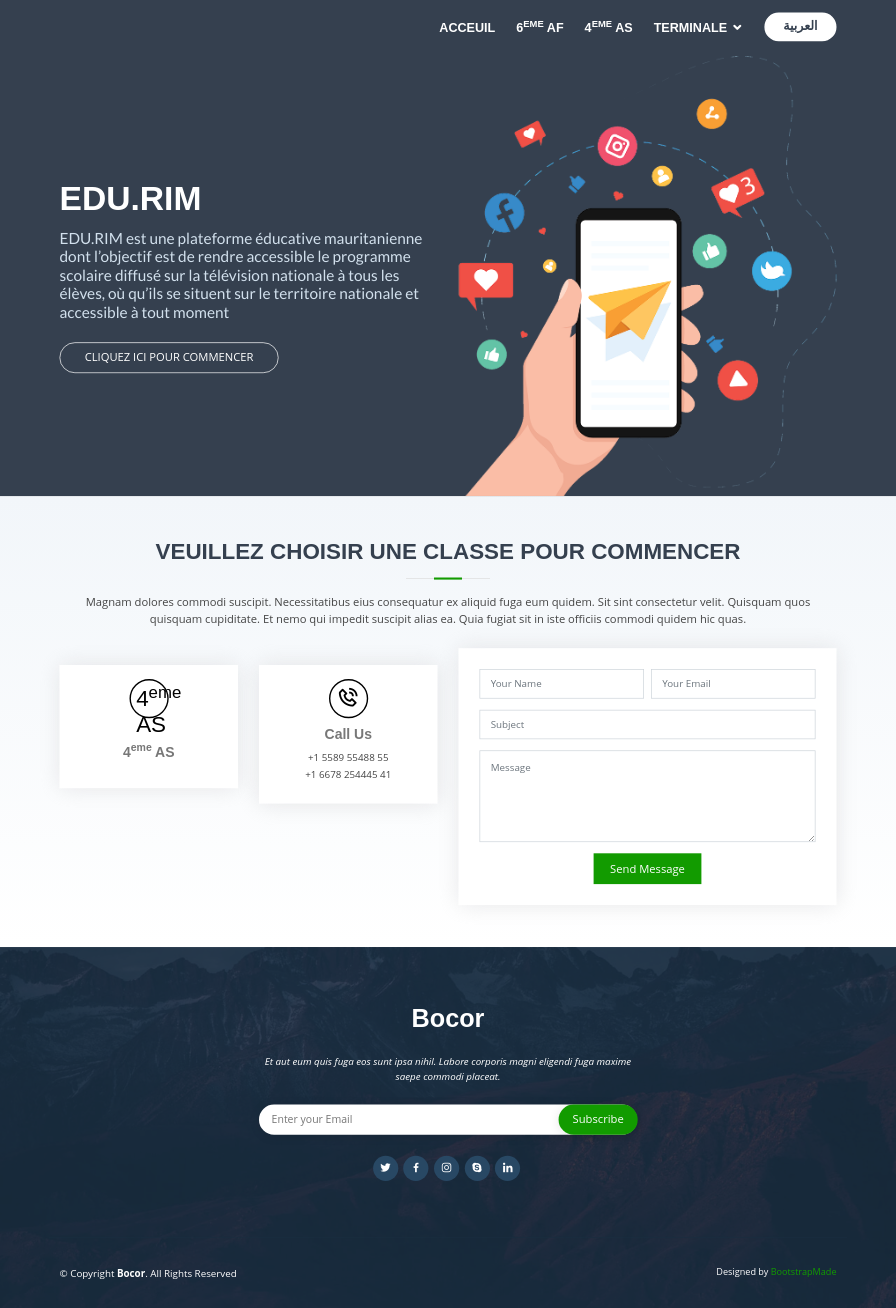
Repository: athiemohamed/courat
Page: http://localhost/
These files come from the project's save history. The page is drawn as it stood at one moment and after the next save; the edit follows.
The browser window is 1280 px wide. The pictures show the whole page, at 70% of full size.
Some web fonts or font styles are not loaded; a fallback is used. The page is run by PHP 8.4 with error messages shown; the project is at /var/www/html/. Other server files are loaded and not shown.

Above is the page before, as saved 2020-03-26 13:00:52.

### index.php
<!DOCTYPE html>
<html lang="en">

<head>
  <meta charset="utf-8">
  <meta content="width=device-width, initial-scale=1.0" name="viewport">

  <title>Cours - Rim Academy</title>
  <meta content="" name="descriptison">
  <meta content="" name="keywords">

  <!-- Favicons -->
  <link href="assets/img/favicon.png" rel="icon">
  <link href="assets/img/apple-touch-icon.png" rel="apple-touch-icon">

  <!-- Google Fonts -->
  <link href="https://fonts.googleapis.com/css?family=Cairo&display=swap" rel="stylesheet">
  <link href="https://fonts.googleapis.com/css?family=Lato&display=swap" rel="stylesheet">

  <!-- Vendor CSS Files -->
  <link href="assets/vendor/bootstrap/css/bootstrap.min.css" rel="stylesheet">
  <link href="assets/vendor/icofont/icofont.min.css" rel="stylesheet">
  <link href="assets/vendor/boxicons/css/boxicons.min.css" rel="stylesheet">
  <link href="assets/vendor/venobox/venobox.css" rel="stylesheet">
  <link href="assets/vendor/aos/aos.css" rel="stylesheet">

  <!-- Template Main CSS File -->
  <link href="assets/css/style.css" rel="stylesheet">

  <!-- =======================================================
  * Template Name: Bocor - v2.0.0
  * Template URL: https://bootstrapmade.com/bocor-bootstrap-template-nice-animation/
  * Author: BootstrapMade.com
  * License: https://bootstrapmade.com/license/
  ======================================================== -->
</head>

<body>

  <!-- ======= Header ======= -->
  <header id="header">
    <div class="container d-flex">
      <div class="logo mr-auto">
        <!-- <h1 class="text-light"><a href="index.html">RIM<span>.EDU</span></a></h1> -->
        <!-- Uncomment below if you prefer to use an image logo -->
        <!-- <a href="index.html"><img src="assets/img/logo.png" alt="" class="img-fluid"></a>-->
      </div>
      <nav class="nav-menu d-none d-lg-block">
        <ul>
          <li class="active"><a href="#header">ACCEUIL</a></li>
          <li><a href="#">6<sup>EME</sup> AF</a></li>
          <li><a href="#">4<sup>EME</sup> AS</a></li>
          <li class="drop-down"><a href="">TERMINALE</a>
            <ul>
              <li><a href="#">TERMINALE A</a></li>
              <li><a href="#">TERMINALE C</a></li>
              <li><a href="#">TERMINALE D</a></li>
              <li><a href="#">TERMINALE LM</a></li>
              <li><a href="#">TERMINALE LO</a></li>
            </ul>
          </li>
          <!-- Language Changer -->
          <li class="get-started"><a href="#">العربية</a></li>
        </ul>
      </nav><!-- .nav-menu -->
    </div>
  </header><!-- End Header -->

  <!-- ======= Hero Section ======= -->
  <section id="hero">

    <div class="container">
      <div class="row d-flex align-items-center"">
      <div class=" col-lg-6 py-5 py-lg-0 order-2 order-lg-1" data-aos="fade-right">
        <h1>EDU.RIM</h1>
        <h2>EDU.RIM est une plateforme éducative mauritanienne dont l’objectif est de
          rendre accessible le programme scolaire diffusé sur la télévision nationale à tous les élèves,
          où qu’ils se situent sur le territoire nationale et accessible à tout moment</h2>
        <a href="#contact" class="btn-get-started scrollto">CLIQUEZ ICI POUR COMMENCER</a>
      </div>
      <div class="col-lg-6 order-1 order-lg-2 hero-img" data-aos="fade-left">
        <img src="assets/img/hero-img.png" class="img-fluid" alt="">
      </div>
    </div>
    </div>

  </section><!-- End Hero -->

  <main id="main">

    <!-- ======= Partners Section ======= -->

    <!-- <section id="clients" class="clients section-bg">
      <div class="container">

        <div class="row no-gutters clients-wrap clearfix wow fadeInUp">

          <div class="col-lg-2 col-md-4 col-6">
            <div class="client-logo">
              <img src="assets/img/clients/client-1.png" class="img-fluid" alt="" data-aos="flip-right">
            </div>
          </div>

          <div class="col-lg-2 col-md-4 col-6">
            <div class="client-logo">
              <img src="assets/img/clients/client-2.png" class="img-fluid" alt="" data-aos="flip-right" data-aos-delay="100">
            </div>
          </div>

          <div class="col-lg-2 col-md-4 col-6">
            <div class="client-logo">
              <img src="assets/img/clients/client-3.png" class="img-fluid" alt="" data-aos="flip-right" data-aos-delay="200">
            </div>
          </div>

          <div class="col-lg-2 col-md-4 col-6">
            <div class="client-logo">
              <img src="assets/img/clients/client-4.png" class="img-fluid" alt="" data-aos="flip-right" data-aos-delay="300">
            </div>
          </div>

          <div class="col-lg-2 col-md-4 col-6">
            <div class="client-logo">
              <img src="assets/img/clients/client-5.png" class="img-fluid" alt="" data-aos="flip-right" data-aos-delay="400">
            </div>
          </div>

          <div class="col-lg-2 col-md-4 col-6">
            <div class="client-logo">
              <img src="assets/img/clients/client-6.png" class="img-fluid" alt="" data-aos="flip-right" data-aos-delay="500">
            </div>
          </div>

        </div>

      </div>
    </section> -->

    <!-- End Parteners Section -->

    <!-- ======= Contact Section ======= -->
    <section id="contact" class="contact section-bg">
      <div class="container">

        <div class="section-title">
          <h2 data-aos="fade-in">VEUILLEZ CHOISIR UNE CLASSE POUR COMMENCER</h2>
          <p data-aos="fade-in">Magnam dolores commodi suscipit. Necessitatibus eius consequatur ex aliquid fuga eum quidem. Sit sint consectetur velit. Quisquam quos quisquam cupiditate. Et nemo qui impedit suscipit alias ea. Quia fugiat sit in iste officiis commodi quidem hic quas.</p>
        </div>

        <div class="row">
          <div class="col-lg-6">
            <div class="row">
              <div class="col-md-6">
                <div class="info-box mt-4" data-aos="fade-up" data-aos-delay="100">
                  <i class="rounded-number">4<sup>eme</sup> AS</i>
                  <h3>4<sup>eme</sup> AS</h3>
                </div>
              </div>
              <div class="col-md-6">
                <div class="info-box mt-4" data-aos="fade-up" data-aos-delay="100">
                  <i class="bx bx-phone-call"></i>
                  <h3>Call Us</h3>
                  <p>+1 5589 55488 55<br>+1 6678 254445 41</p>
                </div>
              </div>
            </div>

          </div>

          <div class="col-lg-6">
            <form action="forms/contact.php" method="post" role="form" class="php-email-form" data-aos="fade-up">
              <div class="form-row">
                <div class="col-md-6 form-group">
                  <input type="text" name="name" class="form-control" id="name" placeholder="Your Name" data-rule="minlen:4" data-msg="Please enter at least 4 chars" />
                  <div class="validate"></div>
                </div>
                <div class="col-md-6 form-group">
                  <input type="email" class="form-control" name="email" id="email" placeholder="Your Email" data-rule="email" data-msg="Please enter a valid email" />
                  <div class="validate"></div>
                </div>
              </div>
              <div class="form-group">
                <input type="text" class="form-control" name="subject" id="subject" placeholder="Subject" data-rule="minlen:4" data-msg="Please enter at least 8 chars of subject" />
                <div class="validate"></div>
              </div>
              <div class="form-group">
                <textarea class="form-control" name="message" rows="5" data-rule="required" data-msg="Please write something for us" placeholder="Message"></textarea>
                <div class="validate"></div>
              </div>
              <div class="mb-3">
                <div class="loading">Loading</div>
                <div class="error-message"></div>
                <div class="sent-message">Your message has been sent. Thank you!</div>
              </div>
              <div class="text-center"><button type="submit">Send Message</button></div>
            </form>
          </div>

        </div>

      </div>
    </section><!-- End Contact Section -->

  </main><!-- End #main -->

  <!-- ======= Footer ======= -->
  <footer id="footer">

    <div class="footer-top">

      <div class="container" data-aos="fade-up">

        <div class="row  justify-content-center">
          <div class="col-lg-6">
            <h3>Bocor</h3>
            <p>Et aut eum quis fuga eos sunt ipsa nihil. Labore corporis magni eligendi fuga maxime saepe commodi placeat.</p>
          </div>
        </div>

        <div class="row footer-newsletter justify-content-center">
          <div class="col-lg-6">
            <form action="" method="post">
              <input type="email" name="email" placeholder="Enter your Email"><input type="submit" value="Subscribe">
            </form>
          </div>
        </div>

        <div class="social-links">
          <a href="#" class="twitter"><i class="bx bxl-twitter"></i></a>
          <a href="#" class="facebook"><i class="bx bxl-facebook"></i></a>
          <a href="#" class="instagram"><i class="bx bxl-instagram"></i></a>
          <a href="#" class="google-plus"><i class="bx bxl-skype"></i></a>
          <a href="#" class="linkedin"><i class="bx bxl-linkedin"></i></a>
        </div>

      </div>
    </div>

    <div class="container footer-bottom clearfix">
      <div class="copyright">
        &copy; Copyright <strong><span>Bocor</span></strong>. All Rights Reserved
      </div>
      <div class="credits">
        <!-- All the links in the footer should remain intact. -->
        <!-- You can delete the links only if you purchased the pro version. -->
        <!-- Licensing information: https://bootstrapmade.com/license/ -->
        <!-- Purchase the pro version with working PHP/AJAX contact form: https://bootstrapmade.com/bocor-bootstrap-template-nice-animation/ -->
        Designed by <a href="https://bootstrapmade.com/">BootstrapMade</a>
      </div>
    </div>
  </footer><!-- End Footer -->

  <a href="#" class="back-to-top"><i class="icofont-simple-up"></i></a>

  <!-- Vendor JS Files -->
  <script src="assets/vendor/jquery/jquery.min.js"></script>
  <script src="assets/vendor/bootstrap/js/bootstrap.bundle.min.js"></script>
  <script src="assets/vendor/jquery.easing/jquery.easing.min.js"></script>
  <script src="assets/vendor/php-email-form/validate.js"></script>
  <script src="assets/vendor/isotope-layout/isotope.pkgd.min.js"></script>
  <script src="assets/vendor/venobox/venobox.min.js"></script>
  <script src="assets/vendor/aos/aos.js"></script>

  <!-- Template Main JS File -->
  <script src="assets/js/main.js"></script>

</body>

</html>

Loaded but not shown: assets/js/main.js (117 lines, source omitted); assets/css/style.css (1308 lines, source omitted)

After the next save:
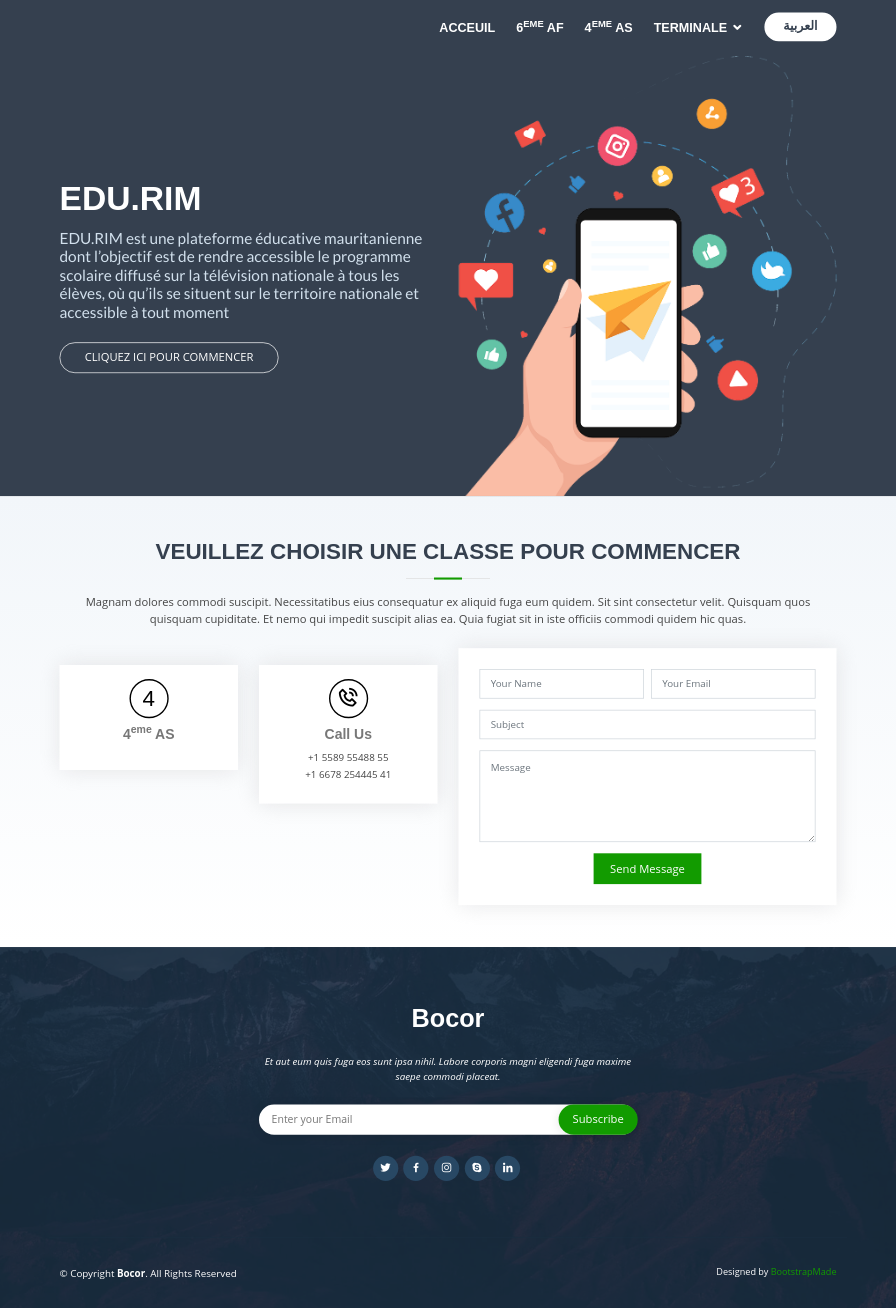
Saved 3 s later.
--- a/index.php
+++ b/index.php
@@ -152,7 +152,7 @@
             <div class="row">
               <div class="col-md-6">
                 <div class="info-box mt-4" data-aos="fade-up" data-aos-delay="100">
-                  <i class="rounded-number">4<sup>eme</sup> AS</i>
+                  <i class="">4</i>
                   <h3>4<sup>eme</sup> AS</h3>
                 </div>
               </div>
